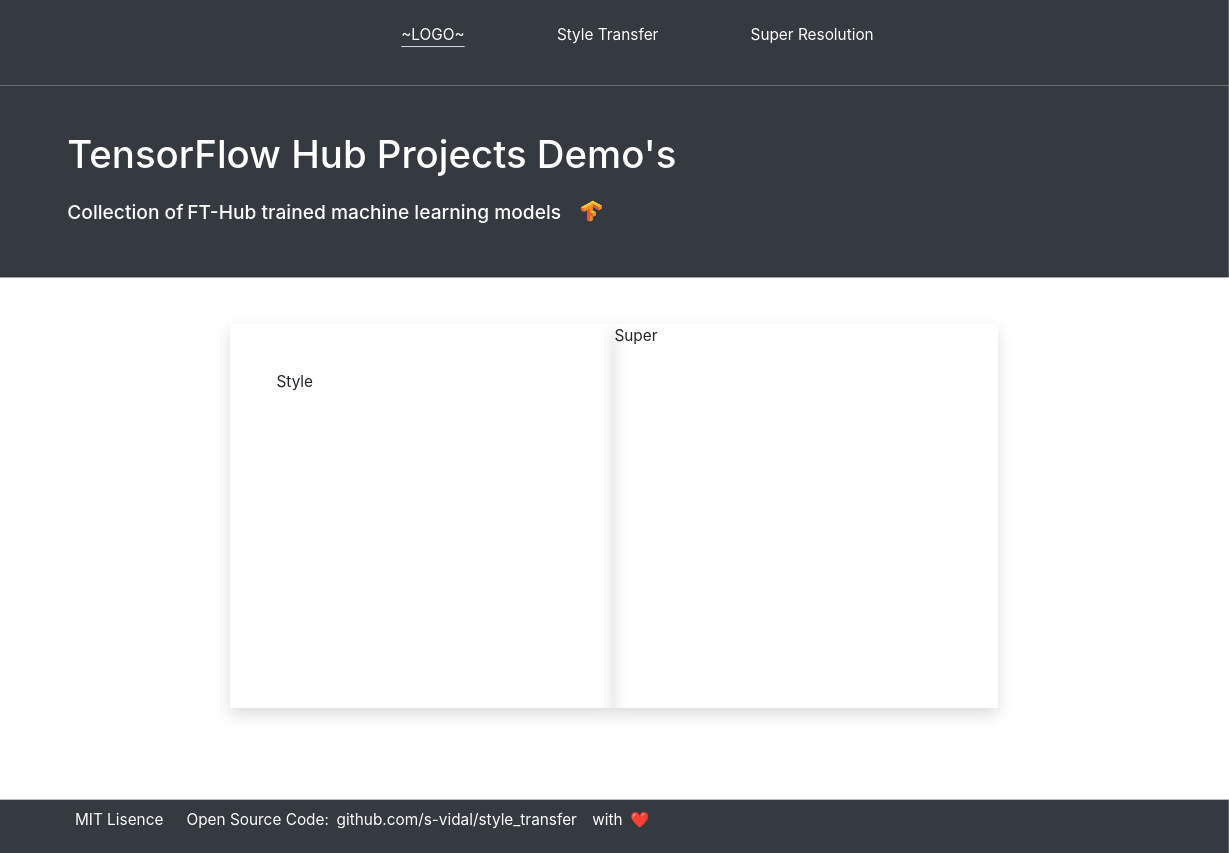
Repository: s-vidal/style_transfer
Page: / (app in client/)
The author's editor kept a copy of each file at every save. The page is drawn from the files as they stood at one save, then again after a run of saves.
The browser window is 1280 px wide. The pictures show the whole page, at 96% of full size.
The page's requests for data from a server got no answer. The project was rebuilt for these pictures with package versions that can differ from the ones it lists, and the page was loaded fresh each time. A package was used in the major version that the imports need, not the one package.json lists. No one was signed in, and anything a server would have sent is missing. Also part of the build but not shown: client/src/components/DropZone.jsx, client/src/lib/api.js, client/src/components/Inference.jsx, client/src/components/Header.jsx, client/src/pages/StyleTransfer.jsx, client/src/pages/SuperResolution.jsx.

Above is the page before, as saved 2020-09-30 14:27:11.

### client/public/index.html
<!DOCTYPE html>
<html lang="en">
  <head>
    <meta charset="utf-8" />
    <link rel="icon" href="%PUBLIC_URL%/favicon.ico" />
    <meta name="viewport" content="width=device-width, initial-scale=1" />
    <meta name="theme-color" content="#000000" />
    <meta
      name="description"
      content="Web site created using create-react-app"
    />
    <link rel="apple-touch-icon" href="%PUBLIC_URL%/logo192.png" />
    <!--
      manifest.json provides metadata used when your web app is installed on a
      user's mobile device or desktop. See https://developers.google.com/web/fundamentals/web-app-manifest/
    -->
    <link rel="manifest" href="%PUBLIC_URL%/manifest.json" />
    <!--
      Notice the use of %PUBLIC_URL% in the tags above.
      It will be replaced with the URL of the `public` folder during the build.
      Only files inside the `public` folder can be referenced from the HTML.

      Unlike "/favicon.ico" or "favicon.ico", "%PUBLIC_URL%/favicon.ico" will
      work correctly both with client-side routing and a non-root public URL.
      Learn how to configure a non-root public URL by running `npm run build`.
    -->
    <!-- CSS only -->
    <link
      rel="stylesheet"
      href="https://stackpath.bootstrapcdn.com/bootstrap/4.5.2/css/bootstrap.min.css"
      integrity="sha384-JcKb8q3iqJ61gNV9KGb8thSsNjpSL0n8PARn9HuZOnIxN0hoP+VmmDGMN5t9UJ0Z"
      crossorigin="anonymous"
    />
    <title>React App</title>
  </head>
  <body>
    <noscript>You need to enable JavaScript to run this app.</noscript>
    <div id="root"></div>
    <!--
      This HTML file is a template.
      If you open it directly in the browser, you will see an empty page.

      You can add webfonts, meta tags, or analytics to this file.
      The build step will place the bundled scripts into the <body> tag.

      To begin the development, run `npm start` or `yarn start`.
      To create a production bundle, use `npm run build` or `yarn build`.
    -->
    <!-- JS, Popper.js, and jQuery -->
    <script
      src="https://code.jquery.com/jquery-3.5.1.slim.min.js"
      integrity="sha384-DfXdz2htPH0lsSSs5nCTpuj/zy4C+OGpamoFVy38MVBnE+IbbVYUew+OrCXaRkfj"
      crossorigin="anonymous"
    ></script>
    <script
      src="https://cdn.jsdelivr.net/npm/popper.js@1.16.1/dist/umd/popper.min.js"
      integrity="sha384-9/reFTGAW83EW2RDu2S0VKaIzap3H66lZH81PoYlFhbGU+6BZp6G7niu735Sk7lN"
      crossorigin="anonymous"
    ></script>
    <script
      src="https://stackpath.bootstrapcdn.com/bootstrap/4.5.2/js/bootstrap.min.js"
      integrity="sha384-B4gt1jrGC7Jh4AgTPSdUtOBvfO8shuf57BaghqFfPlYxofvL8/KUEfYiJOMMV+rV"
      crossorigin="anonymous"
    ></script>
  </body>
</html>

### client/src/App.js
import React from "react";
import {BrowserRouter as Router, Switch, Route} from "react-router-dom";
import "./App.css";
import StyleTransfer from "./pages/StyleTransfer";
import SuperResolution from "./pages/SuperResolution";
import Footer from "./components/Footer";
import NavBar from "./components/NavBar";
import HomePage from "./pages/HomePage";

function App() {
  return (
    <div>
      <Router>
        <NavBar />
        <Switch>
          <Route path="/super-resolution">
            <SuperResolution />
          </Route>
          <Route path="/style-transfer">
            <StyleTransfer />
          </Route>
          <Route path="/">
            <HomePage />
          </Route>
        </Switch>
        <Footer />
      </Router>
    </div>
  );
}

export default App;

### client/src/App.css
.vh-59 {
  min-height: 58.6vh;
}

.italic {
  font-style: italic;
}

### client/src/components/Footer.jsx
import React from "react";

const Footer = () => {
  return (
    <div className="text-white bg-dark">
      <div className="container mt-5">
        <div className="row p-2 mt-4">
          <p className="mr-4">MIT Lisence</p>
          <p>Open Source Code:</p>
          <a
            className="ml-2 text-white"
            href="https://github.com/s-vidal/style_transfer"
          >
            <span>github.com/s-vidal/style_transfer</span>
          </a>
          <p className="ml-3 mr-1"> with </p>
          <span role="img" aria-label="emoji" className="ml-1">
            ❤️
          </span>
        </div>
      </div>
    </div>
  );
};

export default Footer;

### client/src/components/NavBar.jsx
import React, {useState, useEffect} from "react";
import {Link, useLocation} from "react-router-dom";
import "./NavBar.css";

const NavBar = () => {
  const [currentPage, setCurrentPage] = useState("");
  const location = useLocation();

  useEffect(() => {
    const currentPath = location.pathname;
    setCurrentPage(currentPath.substring(1));
  }, [location]);

  return (
    <nav className="navbar navbar-expand-lg d-flex justify-content-center bg-dark pt-3 pb-3">
      <ul className="navbar-nav">
        <li className="nav-item">
          <Link className="nav-link pl-5 pr-5" to={"/"}>
            <div className="ml-5 ">
              <p
                className={
                  currentPage === ""
                    ? "text-white nav-text active border-bottom"
                    : "text-white nav-text"
                }
              >
                ~LOGO~
              </p>
            </div>
          </Link>
        </li>
        <li className="nav-item">
          <Link
            className="nav-link pl-5 pr-5 text-white"
            to={"/style-transfer"}
          >
            <p
              className={
                currentPage === "style-transfer"
                  ? "text-white nav-text active border-bottom"
                  : "text-white nav-text"
              }
            >
              Style Transfer
            </p>
          </Link>
        </li>
        <li className="nav-item active">
          <Link
            className="nav-link pl-5 pr-5 text-white"
            to={"/super-resolution"}
          >
            <p
              className={
                currentPage === "super-resolution"
                  ? "text-white nav-text active border-bottom"
                  : "text-white nav-text"
              }
            >
              Super Resolution
            </p>
          </Link>
        </li>
      </ul>
    </nav>
  );
};

export default NavBar;

### client/src/pages/HomePage.jsx
import React from "react";
import "../components/HomePage.css";

const HomePage = () => {
  return (
    <>
      <div className="bg-dark text-white p-4 pt-5 pb-5">
        <div className="container">
          <div className="row">
            <h1>TensorFlow Hub Projects Demo's</h1>
          </div>
          <div className="row mt-3">
            <h5>Collection of</h5>
            <a
              href="https://tfhub.dev/google/magenta/arbitrary-image-stylization-v1-256/2"
              className="pl-1 pr-1 text-white"
            >
              <h5>FT-Hub trained machine learning models</h5>
            </a>
            <img
              className="ml-3"
              src={require("../img/tf_logo.png")}
              alt="tf"
              width="22"
              height="22"
            ></img>
          </div>
        </div>
      </div>
      <div className="vh-59 p-5 pb-0">
        <div className="container">
          <div className="row d-flex justify-content-center">
            <div className="home-item shadow p-5">Style</div>
            <div className="home-item shadow">Super</div>
          </div>
        </div>
      </div>
    </>
  );
};

export default HomePage;

### client/src/components/NavBar.css
.nav-text:hover {
  border-bottom: 1px solid white;
}

### client/src/components/HomePage.css
.home-item {
  min-width: 400px;
  min-height: 400px;
}

Loaded but not shown: client/src/index.js (common file); client/src/index.css (common file); client/src/serviceWorker.js (common file)

After the next 2 saves:
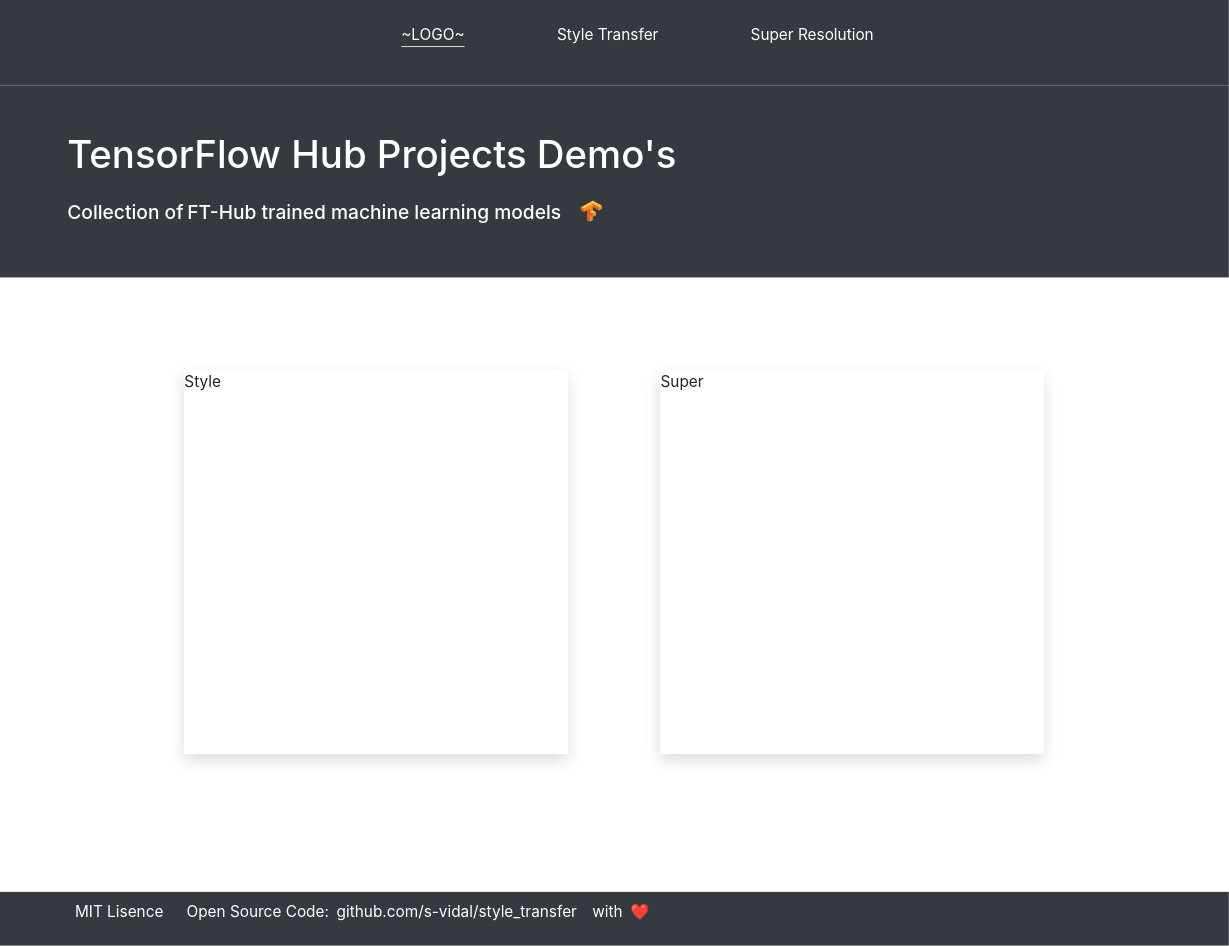
The 2 saves are shown as one change because they came seconds apart.
The last was saved 7 s later.
--- a/client/src/pages/HomePage.jsx
+++ b/client/src/pages/HomePage.jsx
@@ -30,8 +30,8 @@
       <div className="vh-59 p-5 pb-0">
         <div className="container">
           <div className="row d-flex justify-content-center">
-            <div className="home-item shadow p-5">Style</div>
-            <div className="home-item shadow">Super</div>
+            <div className="home-item shadow m-5">Style</div>
+            <div className="home-item shadow m-5">Super</div>
           </div>
         </div>
       </div>
